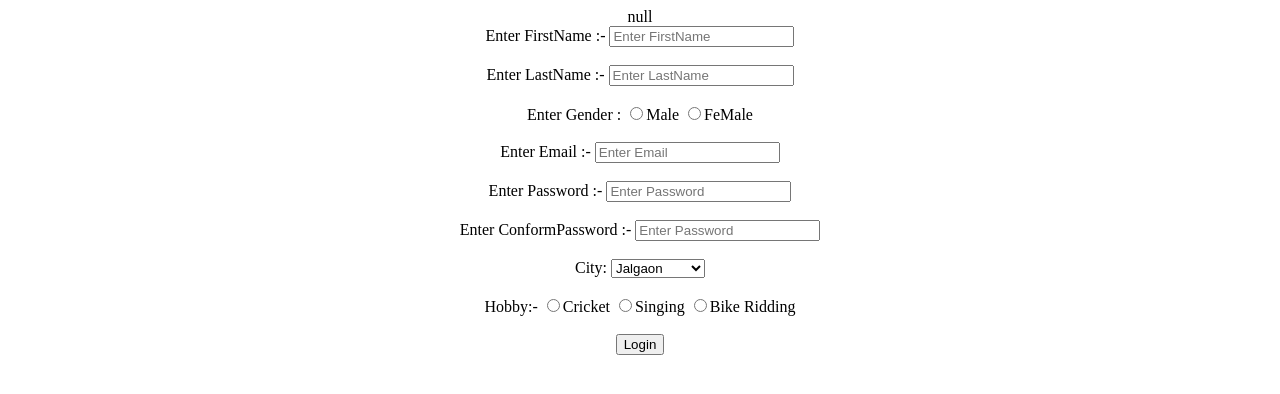
Repository: shzkhar/ISM_ADV_JAVA_23
Page: http://localhost/JSPRegiDemo/Regi.jsp
The author's editor kept a copy of each file at every save. The page is drawn from the files as they stood at one save, then again after the next save.
The browser window is 1280 px wide. The pictures show the whole page.
The page is served by Tomcat 9. Other server files are loaded and not shown.

Above is the page before, as saved 2023-04-02 13:22:30.

### JSPRegiDemo/src/main/webapp/Regi.jsp
<%@ page language="java" contentType="text/html; charset=ISO-8859-1"
    pageEncoding="ISO-8859-1"%>
<!DOCTYPE html>
<html>
<head>
<meta charset="ISO-8859-1">
<title>Insert title here</title>
</head>
<body align="center">
 <% String error = (String)request.getAttribute("error"); %>
    <%= error %>

    <form action="Registration" method="post">
            Enter FirstName :- <input type="text" name="firstname" placeholder="Enter FirstName"/><br><br>
            Enter LastName :- <input type="text" name="lastname" placeholder="Enter LastName"/><br><br>
            Enter Gender : <input type="radio" name="gender" value="male"/>Male
                            <input type="radio" name="gender" value="female"/>FeMale <br><br>
            Enter Email :- <input type="text" name="email" placeholder="Enter Email"/><br><br>
            Enter Password :- <input type="password" name="pass" placeholder="Enter Password"/><br><br>
            Enter ConformPassword :- <input type="password" name="cnfpass" placeholder="Enter Password"/><br><br>

            <label for="City">City:</label>
                  <select  name="city">
                      <option value="city">Jalgaon</option>
                      <option value=city">Pune</option>
                      <option value="city">Mumbai</option>
                      <option value="city">Ahmedabad</option>
                   </select><br><br>


           Hobby:-
  <input type="radio"  name="hobbi" value="Cricket">Cricket

  <input type="radio"  name="hobbi" value="Singing">Singing

  <input type="radio"  name="hobbi" value="Bike Ridding">Bike Ridding

<br><br>

        <input type="submit" value="Login">

    </form>

</body>
</html>

After the next save:
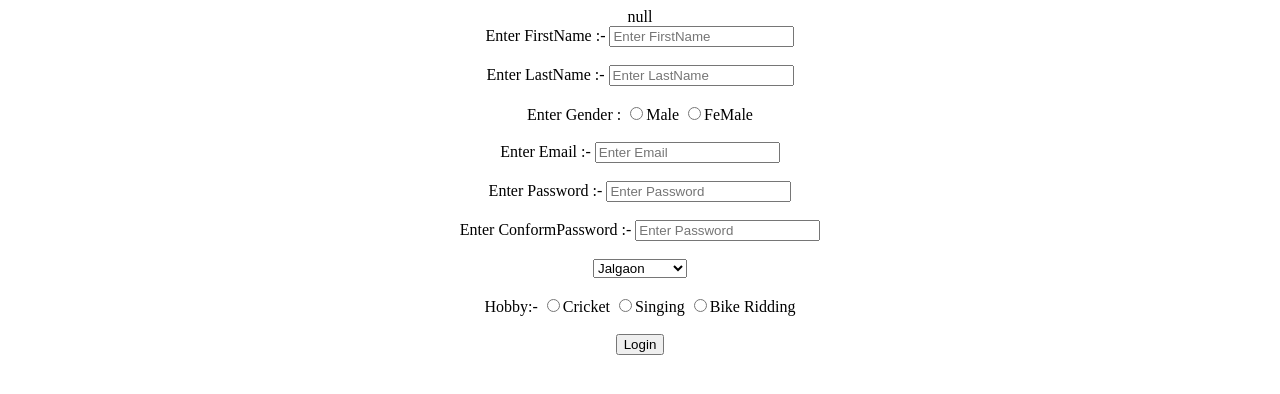
Saved 36 s later.
--- a/JSPRegiDemo/src/main/webapp/Regi.jsp
+++ b/JSPRegiDemo/src/main/webapp/Regi.jsp
@@ -19,7 +19,7 @@
             Enter Password :- <input type="password" name="pass" placeholder="Enter Password"/><br><br>
             Enter ConformPassword :- <input type="password" name="cnfpass" placeholder="Enter Password"/><br><br>
 
-            <label for="City">City:</label>
+
                   <select  name="city">
                       <option value="city">Jalgaon</option>
                       <option value=city">Pune</option>
